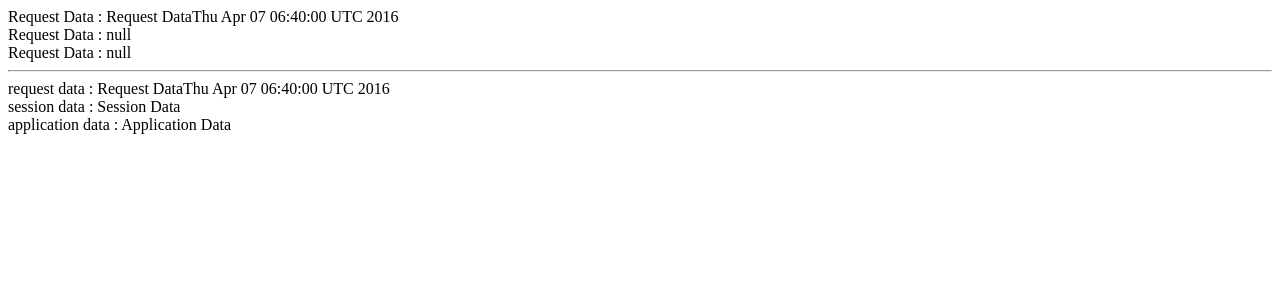
Repository: yeobinJeong/demoweb
Page: http://localhost/example-web/eltest.action
The author's editor kept a copy of each file at every save. The page is drawn from the files as they stood at one save, then again after the next save.
The browser window is 1280 px wide. The pictures show the whole page.
The page is served by Tomcat 9. Other server files are loaded and not shown.

Above is the page before, as saved 2016-04-20 01:34:05.

### example-web/WebContent/jspdemo/10.el-result.jsp
<%@ page language="java"
	contentType="text/html; charset=utf-8"
	pageEncoding="utf-8"%>
<!DOCTYPE html>
<html>
<head>
<meta charset="utf-8">
<title></title>
</head>
<body>

	Request Data : <%= request.getAttribute("data1") %><br/>
	Request Data : <%= request.getAttribute("data2") %><br/>
	Request Data : <%= request.getAttribute("data3") %><br/>


	<hr/>

	request data : ${data1 }<br/>
	session data : ${data2 }<br/>
	application data : ${data3 }<br/>
</body>
</html>

### example-web/src/com/exampleweb/servlet/ELTestServlet.java
package com.exampleweb.servlet;

import java.io.IOException;
import java.io.PrintWriter;
import java.util.Date;

import javax.servlet.ServletException;
import javax.servlet.annotation.WebServlet;
import javax.servlet.http.HttpServlet;
import javax.servlet.http.HttpServletRequest;
import javax.servlet.http.HttpServletResponse;

import com.sun.org.apache.bcel.internal.generic.D2F;

@WebServlet(value = "/eltest.action")
public class ELTestServlet extends HttpServlet {

	protected void doPost(HttpServletRequest req, HttpServletResponse resp) throws ServletException, IOException {
		doGet(req, resp);
	}

	protected void doGet(HttpServletRequest req, HttpServletResponse resp) throws ServletException, IOException {

		req.setAttribute("data1","Request Data" + new Date());
		req.getSession().setAttribute("data2", "Session Data");
		req.getServletContext().setAttribute("data3", "Application Data");
		req.getRequestDispatcher("/jspdemo/10.el-result.jsp").forward(req,resp);

	}

}

After the next save:
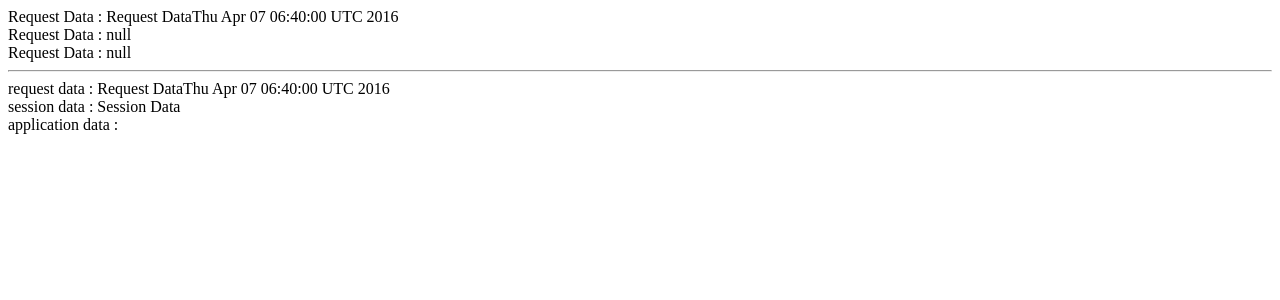
Saved 40 s later.
--- a/example-web/WebContent/jspdemo/10.el-result.jsp
+++ b/example-web/WebContent/jspdemo/10.el-result.jsp
@@ -16,8 +16,8 @@
 
 	<hr/>
 
-	request data : ${data1 }<br/>
-	session data : ${data2 }<br/>
-	application data : ${data3 }<br/>
+	request data : ${ requestScope.data1 }<br/>
+	session data : ${ sessionScope.data2 }<br/>
+	application data : ${ application.data3 }<br/>
 </body>
 </html>

After the save that followed:
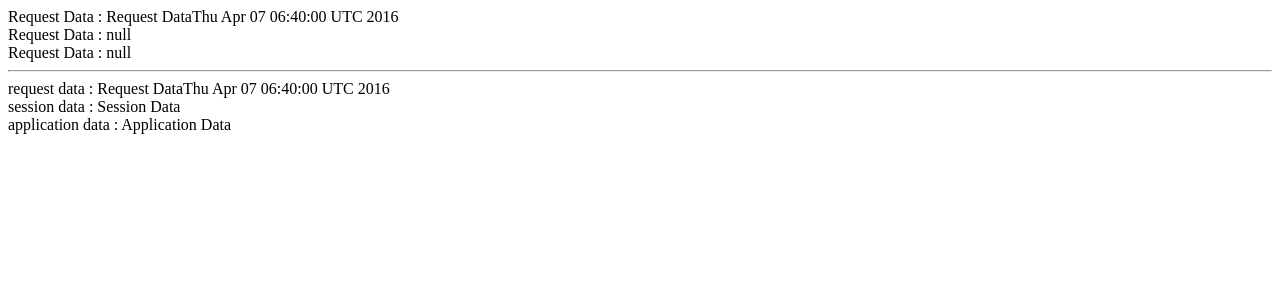
Saved 19 s later.
--- a/example-web/WebContent/jspdemo/10.el-result.jsp
+++ b/example-web/WebContent/jspdemo/10.el-result.jsp
@@ -18,6 +18,6 @@
 
 	request data : ${ requestScope.data1 }<br/>
 	session data : ${ sessionScope.data2 }<br/>
-	application data : ${ application.data3 }<br/>
+	application data : ${ applicationScope.data3 }<br/>
 </body>
 </html>
